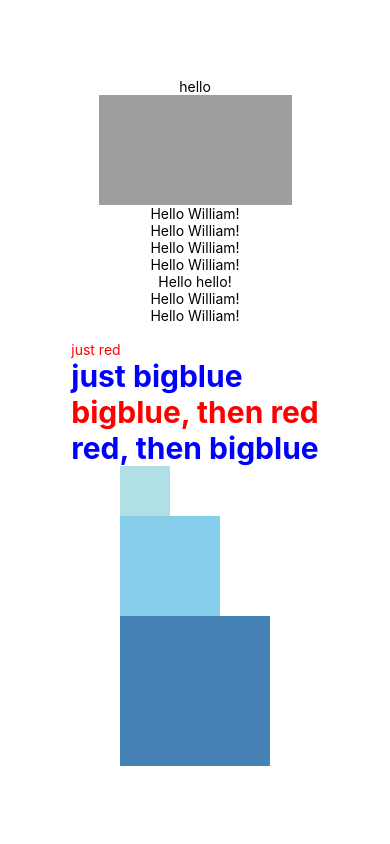
Repository: wcc17/project-adara
Screen: / (app in ProjectAdara/)
These files come from the project's save history. The screen is drawn as it stood at one moment and after the next save; the edit follows.
Pictures or frames that could not be fetched are drawn as grey boxes. The app was drawn by React Native's web renderer in a window 390 px wide. The project was rebuilt for these pictures with package versions that can differ from the ones it lists, and the page was loaded fresh each time.

Above is the screen before, as saved 2018-05-27 12:53:25.

### ProjectAdara/App.js
import React, { Component } from 'react';
import { StyleSheet, Text, View, Image } from 'react-native';
import FlexDimensionsBasicsComponent from './src/components/FlexDimensionsBasicsComponent'

export default class App extends React.Component {
    render() {
        return (
            <BasicStuffComponent/>
            // <FlexDimensionsBasicsComponent/>

        );
    }
}

class BasicStuffComponent extends Component {
    render() {
        let image = {
            uri: 'https://upload.wikimedia.org/wikipedia/commons/d/de/Bananavarieties.jpg'
        };

        return (
            <View style={styles.container}>
                <Text>hello</Text>
                <Image source={image} style={{ width: 193, height: 110 }} />
                <DumbGreetingComponent name='William' />
                <DumbGreetingComponent name='William' />
                <DumbGreetingComponent name='William' />
                <DumbGreetingComponent name='William' />
                <DumbGreetingComponent name='hello' />
                <DumbGreetingComponent name='William' />
                <DumbGreetingComponent name='William' />
                <Blink text="this is blinking text" />
                <StyledComponent/>
                <FixedDimensionsComponent/>
            </View>
        )
    }
}

class DumbGreetingComponent extends Component {
    render() {
        return (
            <Text>Hello {this.props.name}!</Text>
        );
    }
}

class Blink extends Component {
    constructor(props) {
        super(props);
        this.state = { isShowingText: true };

        // Toggle the state every second
        setInterval(() => {
            this.setState(previousState => {
                return { isShowingText: !previousState.isShowingText };
            });
        }, 1000);
    }

    render() {
        let display = this.state.isShowingText ? this.props.text : ' ';
        return (
            <Text>{display}</Text>
        );
    }
}

class StyledComponent extends Component {
    render() {
        return (
        <View>
            <Text style={styles.red}>just red</Text>
            <Text style={styles.bigblue}>just bigblue</Text>
            <Text style={[styles.bigblue, styles.red]}>bigblue, then red</Text>
            <Text style={[styles.red, styles.bigblue]}>red, then bigblue</Text>
        </View>
        );
    }
}

class FixedDimensionsComponent extends Component {
    render() {
        return (
            <View>
                <View style={{width: 50, height: 50, backgroundColor: 'powderblue'}}/>
                <View style={{width: 100, height: 100, backgroundColor: 'skyblue'}}/>
                <View style={fixedDimensionStyleSheet.steelBlueView}/>
            </View>
        )
    }
}



const styles = StyleSheet.create({
    container: {
        flex: 1,
        backgroundColor: '#fff',
        alignItems: 'center',
        justifyContent: 'center',
    },
    bigblue: {
        color: 'blue',
        fontWeight: 'bold',
        fontSize: 30,
    },
    red: {
        color: 'red',
    },
});

const fixedDimensionStyleSheet = StyleSheet.create({
    steelBlueView: {
        width: 150,
        height: 150,
        backgroundColor: 'steelblue'
    },
});

### ProjectAdara/src/components/FlexDimensionsBasicsComponent.js
import React, { Component } from 'react';
import { View } from 'react-native';

export default class FlexDimensionsBasicsComponent extends Component {
    render() {
        return (
            // try removing the 'flex: 1' on the parent View.
            // the parent will not have dimensions, so the children can't expand.
            // what if you add 'height: 300' instead of 'flex: 1'?
            <View style={{flex: 1}}>
                this the flex
                <View style={{flex: 1, backgroundColor: 'powderblue'}} />
                <View style={{flex: 2, backgroundColor: 'skyblue'}} />
                <View style={{flex: 3, backgroundColor: 'steelblue'}} />
            </View>
        );
    }
}

After the next save:
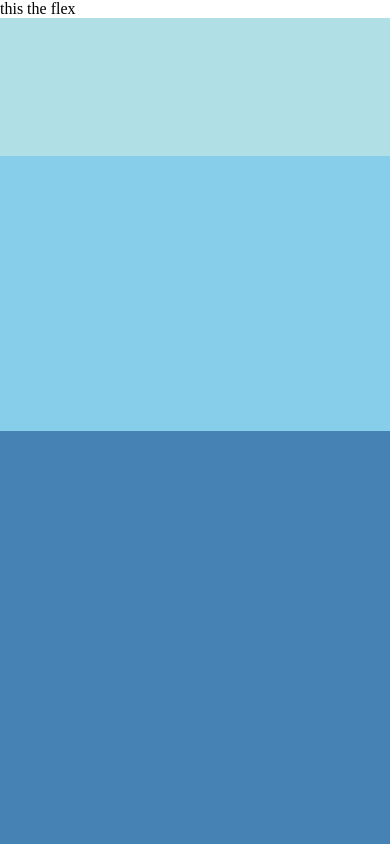
Saved 8 s later.
--- a/ProjectAdara/App.js
+++ b/ProjectAdara/App.js
@@ -5,8 +5,8 @@ import FlexDimensionsBasicsComponent from './src/components/FlexDimensionsBasics
 export default class App extends React.Component {
     render() {
         return (
-            <BasicStuffComponent/>
-            // <FlexDimensionsBasicsComponent/>
+            // <BasicStuffComponent/>
+            <FlexDimensionsBasicsComponent/>
 
         );
     }
